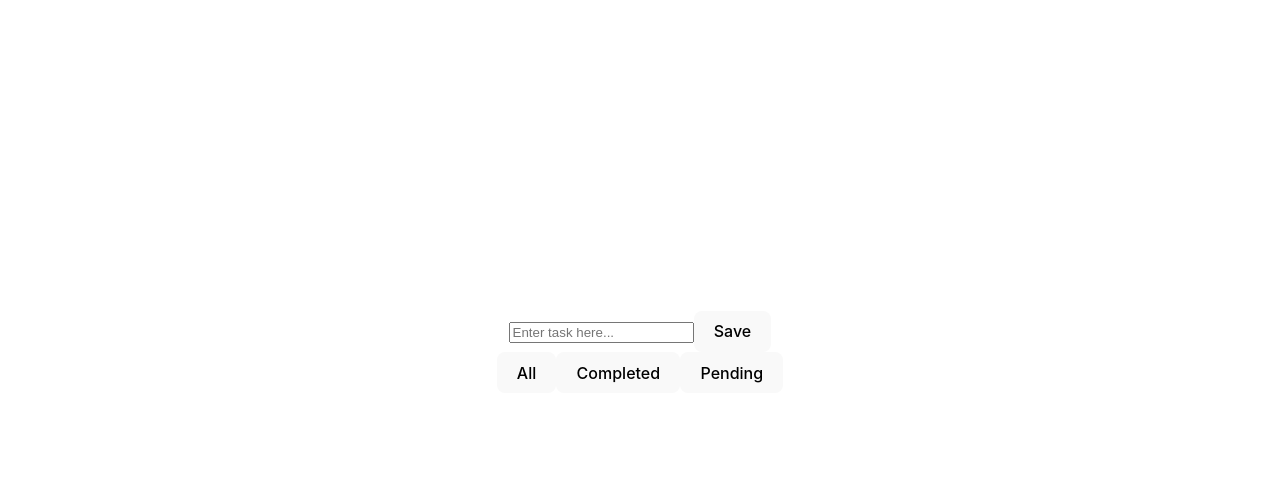
Repository: leslie179/lab4
Page: / (app in lab4/)
These files come from the project's save history. The page is drawn as it stood at one moment and after the next save; the edit follows.
The browser window is 1280 px wide. The pictures show the whole page.
The project was rebuilt for these pictures with package versions that can differ from the ones it lists, and the page was loaded fresh each time. Also part of the build but not shown: lab4/vite.config.js, lab4/src/components/Task.jsx.

Above is the page before, as saved 2024-10-27 17:46:07.

### lab4/src/App.jsx
import { useState } from 'react'
import './App.css'

import Task from './components/Task'
import TaskForm from './components/TaskForm'

function App() {
  const [tasks, setTasks] = useState([])
  const [filter, setFilter] = useState("All")
  return (
    <div>
      <TaskForm setTasks={setTasks}/>
      <button onClick={() => setFilter("All")}>All</button>
      <button onClick={() => setFilter("Completed")}>Completed</button>
      <button onClick={() => setFilter("Pending")}>Pending</button>
      <ul>
        {tasks && tasks.filter((task) => {
          if (filter === "All") {
            return true
          } else if (filter === "Completed") {
            return task.completed
          } else if (filter === "Pending") {
            return !task.completed
          }

          return true // not really necessary
        }).map((task, i) => {
          return <Task task={task} setTasks={setTasks} index={i} />
        })}
      </ul>

    </div>
  )
}

export default App

### lab4/src/components/TaskForm.jsx
import { useState } from "react"

function TaskForm({ setTasks }) {
    const [currentTask, setCurrentTask] = useState()
    const save = () => {
        setTasks((currentTasks) => { // trick to get current state
            // im just naming it tmp for temporary
            const tmpTasks = [...currentTasks] // deep copy (tmpTasks is just a copy of currentTasks cause you cant just copy an array)
            tmpTasks.push({ task: currentTask, completed: false })
            return tmpTasks
        })
        setCurrentTask("")
    }
    // the onChange is a function that runs everytime the input text changes
    // everytime the input text changes update the state with the value of the text input
    return <div>
        <input type="text" onChange={(e) => setCurrentTask(e.target.value)} placeholder="Enter task here..."/>
        <button onClick={() => save()}>Save</button>
    </div>
}

export default TaskForm

Loaded but not shown: lab4/index.html (common file); lab4/src/main.jsx (common file); lab4/src/index.css (common file); lab4/src/App.css (common file)

After the next save:
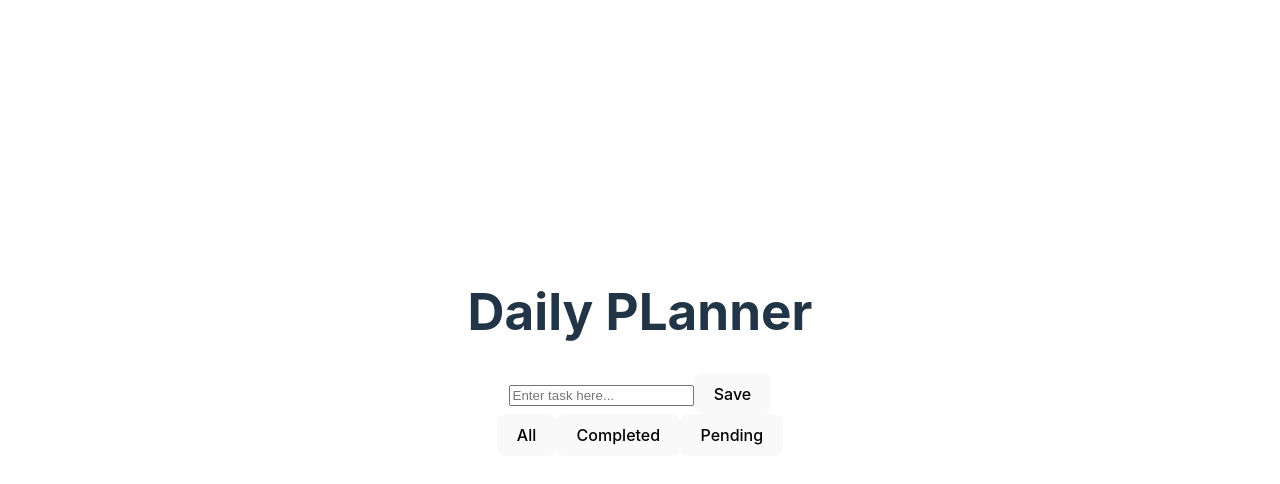
Saved 16 min 1 s later.
--- a/lab4/src/App.jsx
+++ b/lab4/src/App.jsx
@@ -9,6 +9,7 @@ function App() {
   const [filter, setFilter] = useState("All")
   return (
     <div>
+      <h1>Daily PLanner</h1>
       <TaskForm setTasks={setTasks}/>
       <button onClick={() => setFilter("All")}>All</button>
       <button onClick={() => setFilter("Completed")}>Completed</button>
